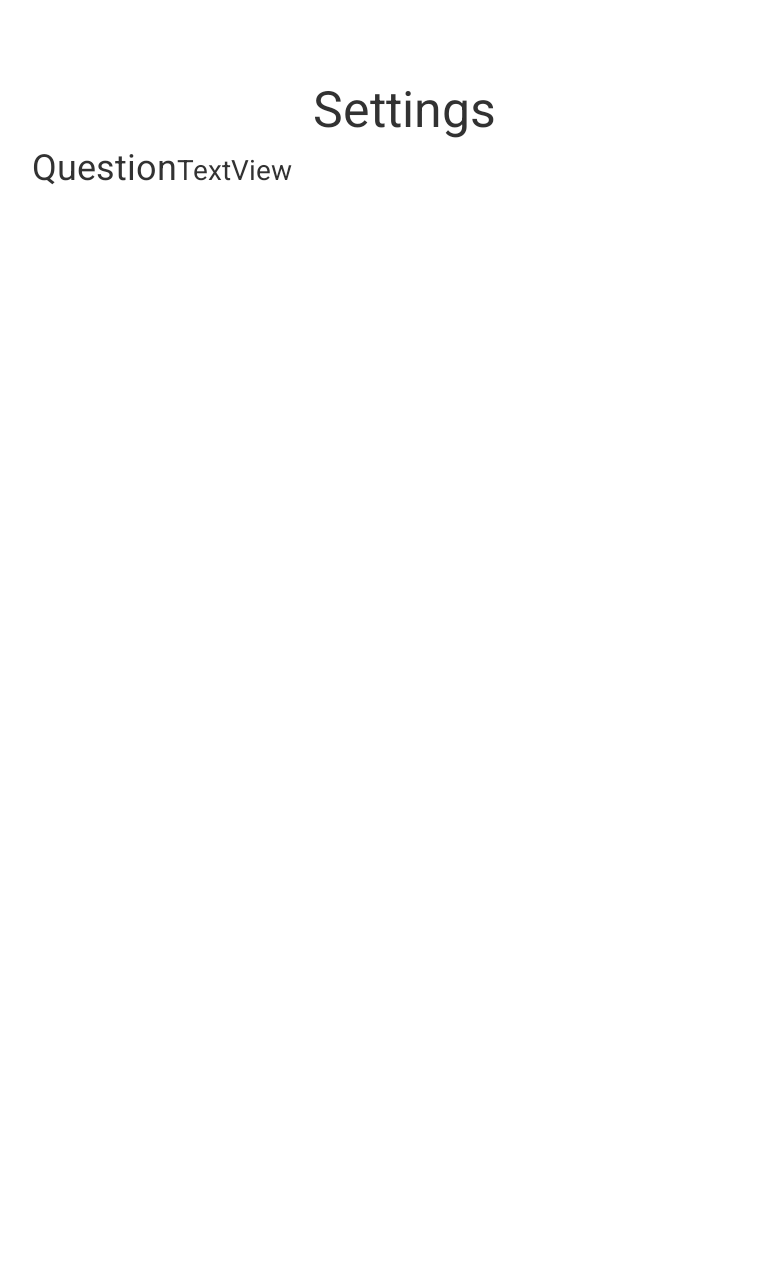
Repository: dsu1995/CountryQuiz
Layout: CountryQuiz/res/layout/activity_main.xml
The author's editor kept a copy of each file at every save. The layout is drawn from the files as they stood at one save, then again after the next save.
It is drawn on a 768 x 1280 px phone screen (xhdpi) without system bars, with theme AppTheme; the app's code is not run.

Above is the layout before, as saved 2013-05-18 18:16:00.

After the next save:
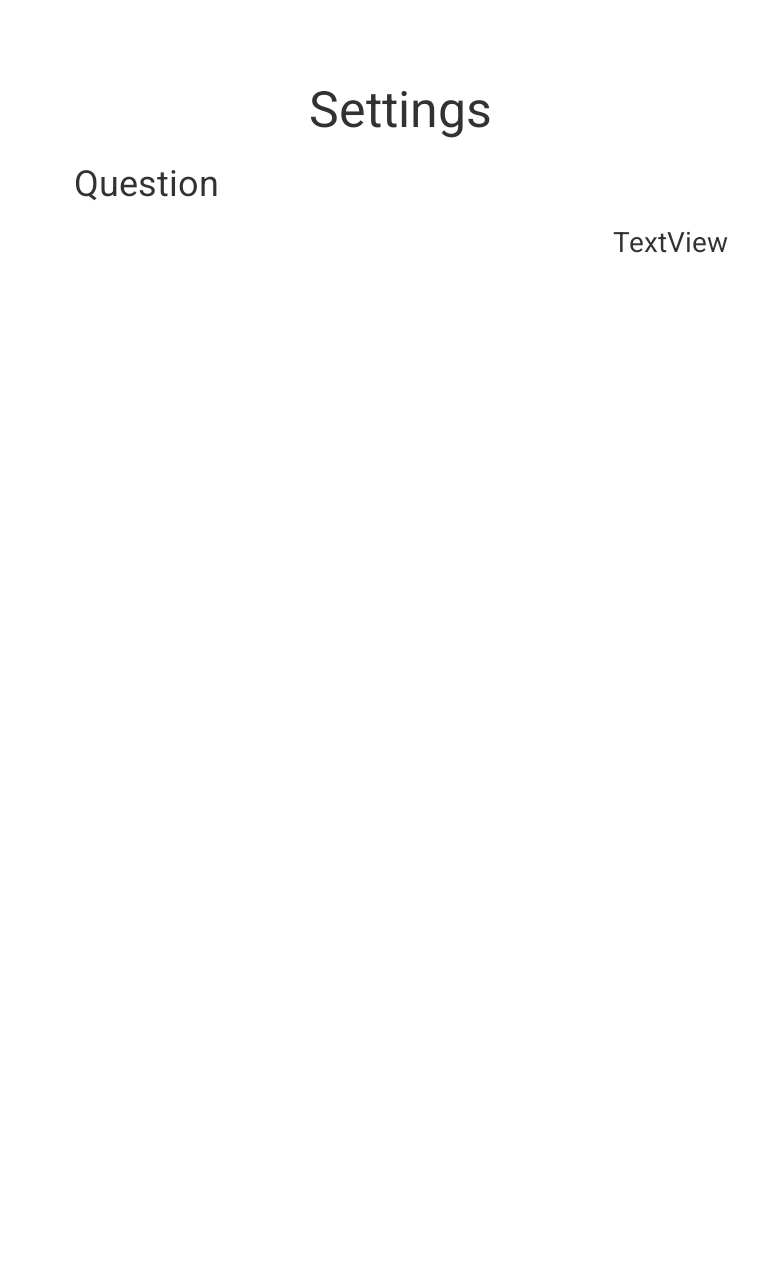
Saved 14 min 40 s later.
--- a/CountryQuiz/res/layout/activity_main.xml
+++ b/CountryQuiz/res/layout/activity_main.xml
@@ -3,13 +3,17 @@
     android:id="@+id/GridLayout1"
     android:layout_width="match_parent"
     android:layout_height="match_parent"
+    android:alignmentMode="alignBounds"
     android:columnCount="2"
+    android:columnOrderPreserved="true"
     android:orientation="horizontal"
     android:paddingBottom="@dimen/activity_vertical_margin"
     android:paddingLeft="@dimen/activity_horizontal_margin"
     android:paddingRight="@dimen/activity_horizontal_margin"
     android:paddingTop="@dimen/activity_vertical_margin"
-    android:rowCount="6"
+    android:rowCount="7"
+    android:rowOrderPreserved="true"
+    android:useDefaultMargins="true"
     tools:context=".MainActivity" >
 
     <TextView
@@ -34,8 +38,8 @@
     <TextView
         android:id="@+id/textView1"
         android:layout_column="1"
-        android:layout_gravity="left"
-        android:layout_row="1"
+        android:layout_gravity="right|top"
+        android:layout_row="5"
         android:text="TextView" />
 
 </GridLayout>
